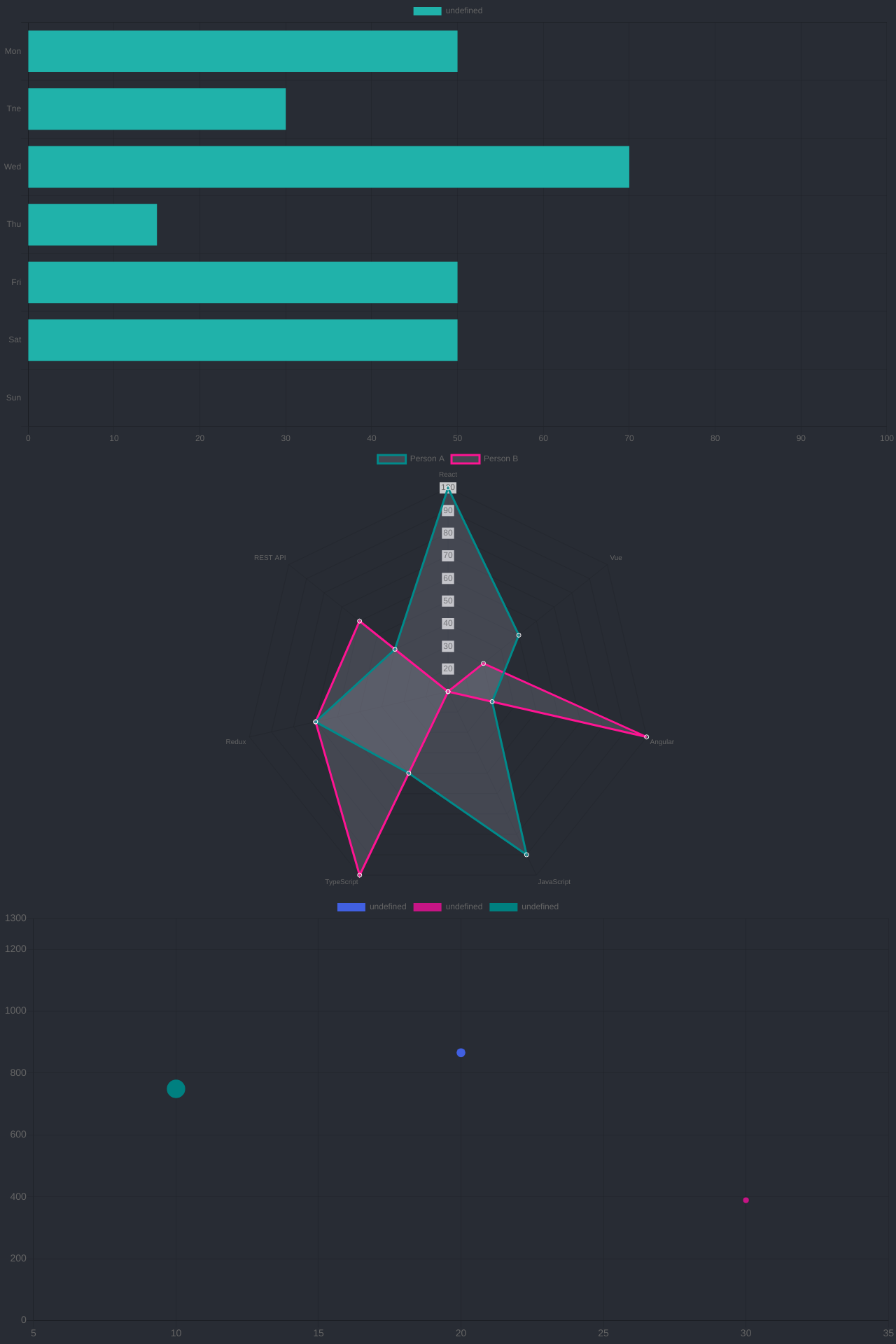
Repository: ShunsukeTanizaki/COVID19-Live
Page: /
These files come from the project's save history. The page is drawn as it stood at one moment and after the next save; the edit follows.
The browser window is 1280 px wide. The pictures show the part of the page from y = 2560 to 4480 px (the page is 4480 px tall), at 70% of full size.
The project was rebuilt for these pictures with package versions that can differ from the ones it lists, and the page was loaded fresh each time.

Above is the page before, as saved 2020-11-06 00:54:13.

After the next save:
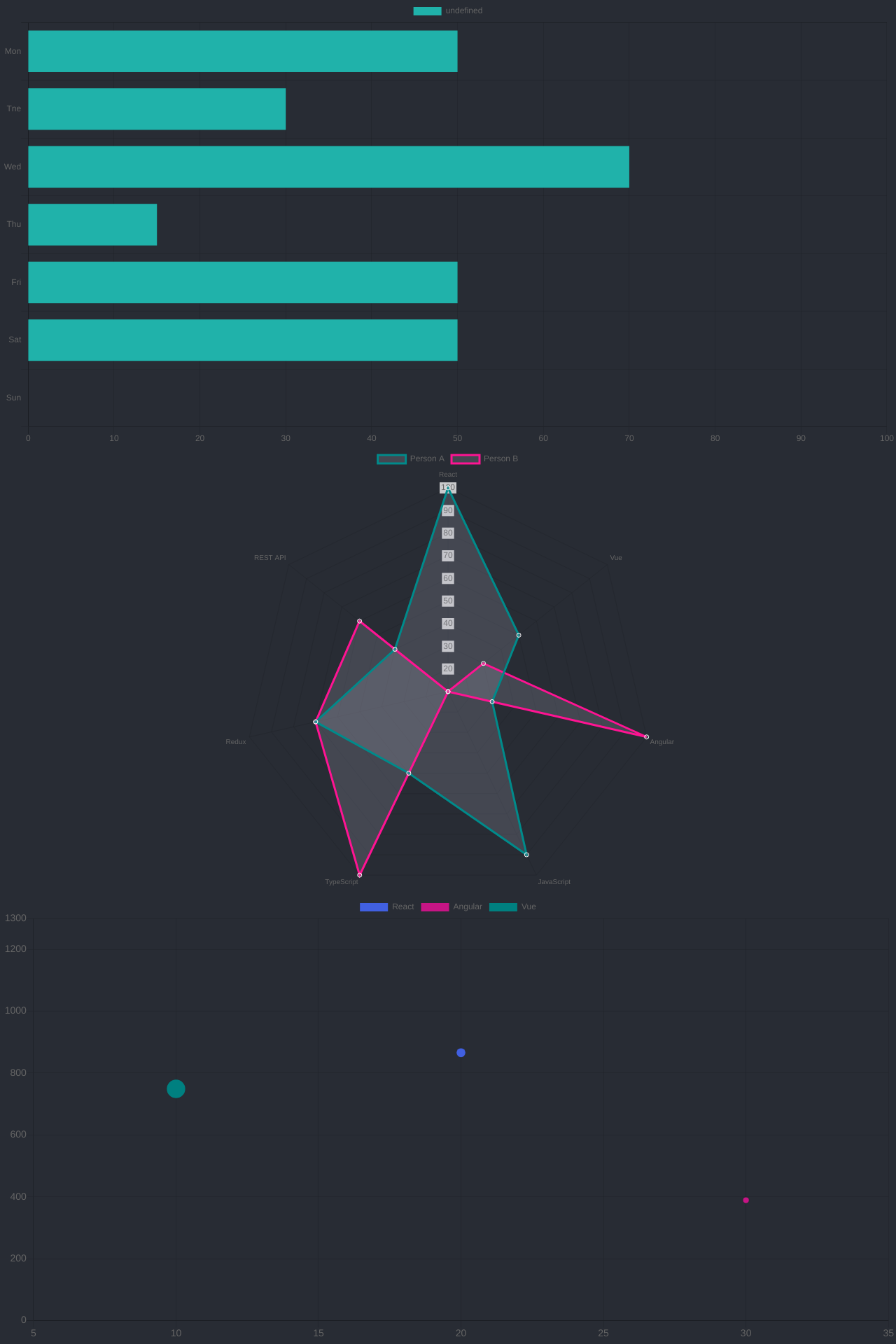
Saved 44 s later.
--- a/src/components/BubblePlot.tsx
+++ b/src/components/BubblePlot.tsx
@@ -4,19 +4,19 @@ import { Bubble } from "react-chartjs-2";
 const data = {
     datasets: [
         {
-            babel: "React",
+            label: "React",
             backgroundColor: "#4160e1",
             borderColor: "transparent",
             data: [{ x: 20, y: 866, r: 635000 / 100000 }]
         },
         {
-            babel: "Angular",
+            label: "Angular",
             backgroundColor: "#c71585",
             borderColor: "transparent",
             data: [{ x: 30, y: 389, r: 410000 / 100000 }]
         },
         {
-            babel: "Vue",
+            label: "Vue",
             backgroundColor: "#008080",
             borderColor: "transparent",
             data: [{ x: 10, y: 749, r: 1320000 / 100000 }]
